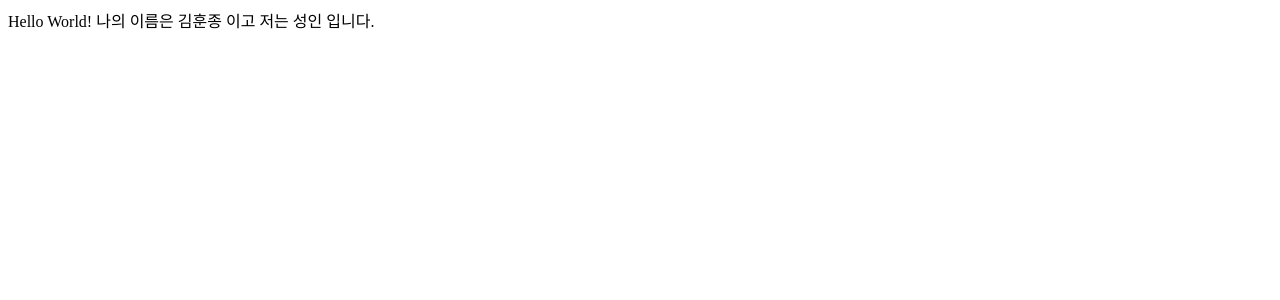
Repository: parvenuHJ/JSP_Servlet_
Page: http://localhost/JSP/Ex01HelloJSP.jsp
An editor plug-in stored every save of this project. The page is shown before and after the next save, followed by the edit.
The browser window is 1280 px wide. The pictures show the whole page.
The page is served by Tomcat 9.

Above is the page before, as saved 2023-08-16 07:28:40.

After the next save:
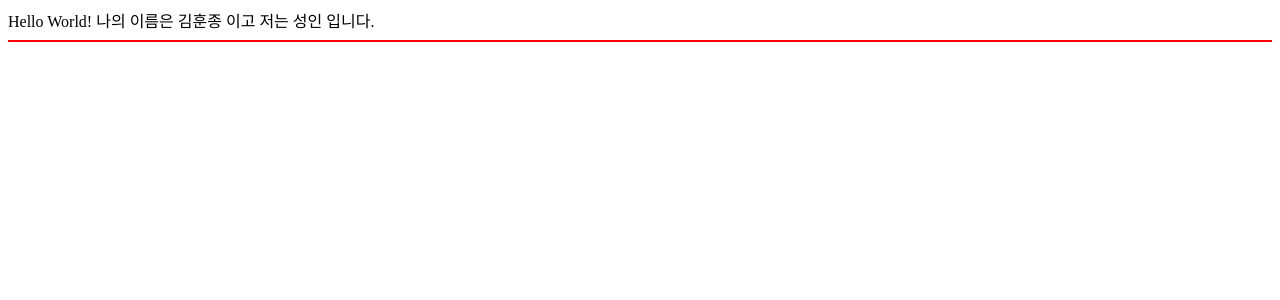
Saved 67 s later.
--- a/JSP/src/main/webapp/Ex01HelloJSP.jsp
+++ b/JSP/src/main/webapp/Ex01HelloJSP.jsp
@@ -31,6 +31,10 @@
 	나의 이름은 <%=name %> 이고
 	저는 <%=result %> 입니다.
 
+	<br>
+
+	<hr color="red">
+
 
 </body>
 </html>
